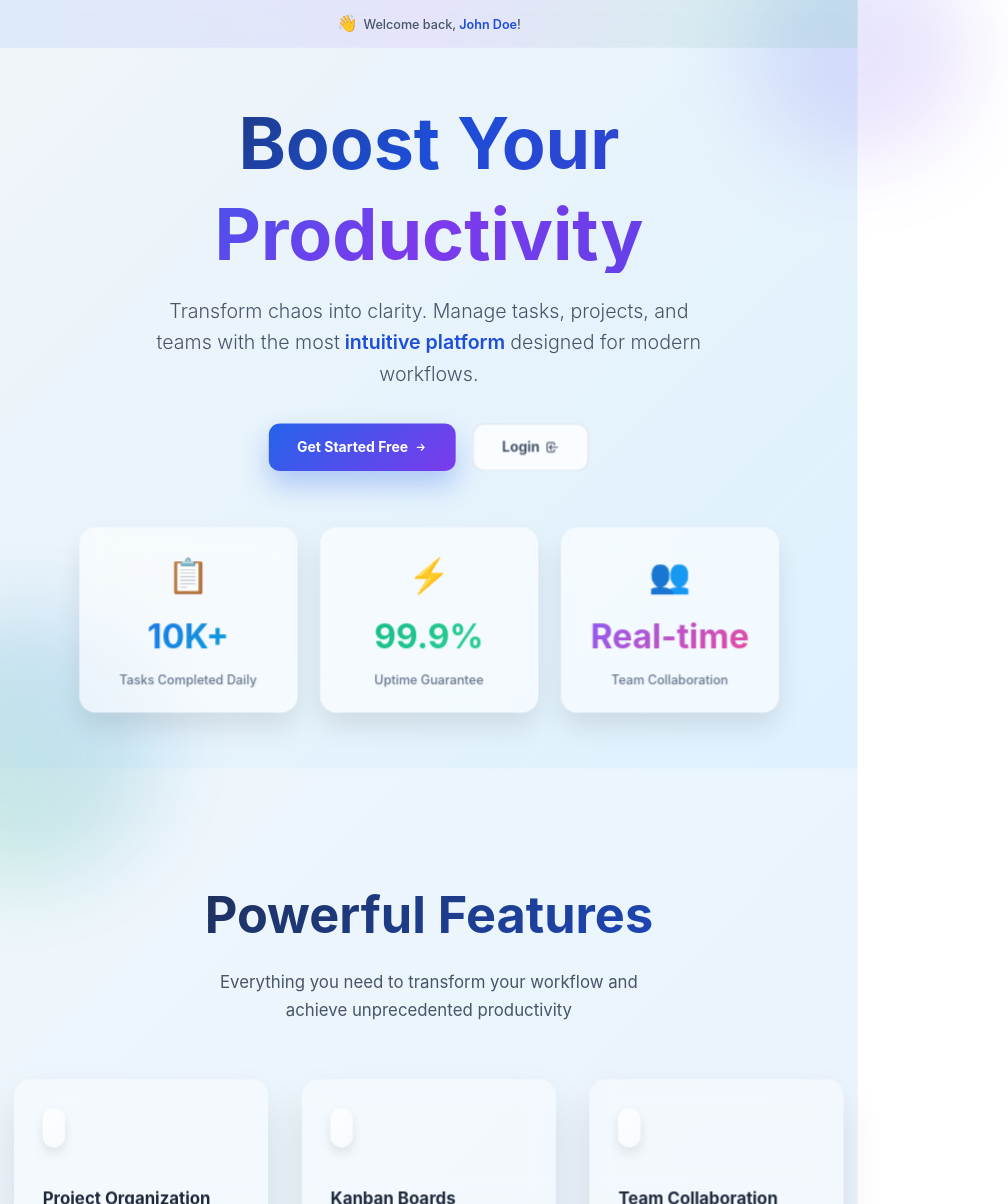
Repository: him021204/Task-Manager
Page: / (app in client/)
The author's editor kept a copy of each file at every save. The page is drawn from the files as they stood at one save, then again after the next save.
The browser window is 1280 px wide. The page is 1385 px wide, then 1440 px, so the pictures cover 1440 px, including what lies to the right of the window. The pictures show the part of the page from y = 0 to 1720 px (the page is 2835 px tall), at 70% of full size.
The page's requests for data from a server got no answer. The project was rebuilt for these pictures with package versions that can differ from the ones it lists, and the page was loaded fresh each time. Some packages were replaced by stand-ins written for this rebuild. No one was signed in, and anything a server would have sent is missing. Also part of the build but not shown: client/vite.config.js, client/src/pages/Dashboard.jsx, client/src/pages/Login.jsx, client/src/pages/Register.jsx, client/src/pages/Analytics.jsx, client/src/pages/CalendarView.jsx.

Above is the page before, as saved 2025-06-15 16:18:02.

### client/src/App.jsx
import { BrowserRouter as Router, Routes, Route } from 'react-router-dom';
import { SocketProvider } from './context/SocketContext';
import { AuthProvider } from './context/AuthContext';
import Home from './pages/Home';
import Dashboard from './pages/Dashboard';
import Login from './pages/Login';
import Register from './pages/Register';
import Analytics from './pages/Analytics';
import CalendarView from './pages/CalendarView';
import { ToastContainer } from 'react-toastify';
import 'react-toastify/dist/ReactToastify.css';

const App = () => {
  // You can also remove the dark state if not needed
  // const [dark, setDark] = useState(false);
  return (
    <div className="min-h-screen bg-gray-100 text-black">
      <AuthProvider>
        <SocketProvider>
          <Router>
            <main className="pt-12 px-2 max-w-7xl mx-auto">
              <Routes>
                <Route path="/" element={<Home />} />
                <Route path="/dashboard" element={<Dashboard />} />
                <Route path="/login" element={<Login />} />
                <Route path="/register" element={<Register />} />
                <Route path="/analytics" element={<Analytics />} />
                <Route path="/calendar" element={<CalendarView />} />
              </Routes>
            </main>
          </Router>
          <ToastContainer position="top-right" autoClose={3000} />
        </SocketProvider>
      </AuthProvider>
    </div>
  );
};

export default App;

### client/src/context/SocketContext.jsx
import { createContext, useContext, useEffect } from 'react';
import { socket } from '../utils/socket';

const SocketContext = createContext();

export const SocketProvider = ({ children }) => {
  useEffect(() => {
    return () => socket.disconnect();
  }, []);

  return (
    <SocketContext.Provider value={socket}>
      {children}
    </SocketContext.Provider>
  );
};

export const useSocket = () => useContext(SocketContext);

### client/src/context/AuthContext.jsx
import { createContext, useContext, useEffect, useState } from 'react';
import axios from 'axios';

export const AuthContext = createContext();

export const AuthProvider = ({ children }) => {
  const [user, setUser] = useState(null);
  const [token, setToken] = useState(localStorage.getItem('token'));

  useEffect(() => {
    if (token) {
      axios.defaults.headers.common['Authorization'] = `Bearer ${token}`;
      setUser(JSON.parse(localStorage.getItem('user')));
    }
  }, [token]);

  const login = (data) => {
    localStorage.setItem('token', data.token);
    localStorage.setItem('user', JSON.stringify(data.user));
    setUser(data.user);
    setToken(data.token);
  };

  const logout = () => {
    localStorage.clear();
    setUser(null);
    setToken(null);
  };

  return (
    <AuthContext.Provider value={{ user, login, logout }}>
      {children}
    </AuthContext.Provider>
  );
};

export const useAuth = () => useContext(AuthContext);

### client/src/pages/Home.jsx
import React from 'react';

const features = [
  {
    title: "Project Organization",
    desc: "Easily create, manage, and prioritize all your projects in one place with intelligent categorization.",
    icon: (
      <svg className="w-8 h-8 text-blue-500" fill="none" stroke="currentColor" strokeWidth="2" viewBox="0 0 24 24">
        <rect x="3" y="4" width="18" height="6" rx="2" />
        <rect x="3" y="14" width="9" height="6" rx="2" />
        <rect x="15" y="14" width="6" height="6" rx="2" />
      </svg>
    ),
  },
  {
    title: "Kanban Boards",
    desc: "Visualize your workflow with drag-and-drop simplicity. Track progress like never before.",
    icon: (
      <svg className="w-8 h-8 text-green-500" fill="none" stroke="currentColor" strokeWidth="2" viewBox="0 0 24 24">
        <rect x="3" y="5" width="4" height="14" rx="2" />
        <rect x="10" y="5" width="4" height="9" rx="2" />
        <rect x="17" y="5" width="4" height="4" rx="2" />
      </svg>
    ),
  },
  {
    title: "Team Collaboration",
    desc: "Real-time updates, seamless communication, and synchronized teamwork across all devices.",
    icon: (
      <svg className="w-8 h-8 text-purple-500" fill="none" stroke="currentColor" viewBox="0 0 24 24">
        <circle cx="8" cy="8" r="3" />
        <circle cx="16" cy="8" r="3" />
        <path d="M2 20v-2a4 4 0 014-4h4a4 4 0 014 4v2" />
        <path d="M17 20v-2a4 4 0 013-3.87" />
      </svg>
    ),
  },
];

const Home = () => {
  // Mock user for demonstration
  const user = { name: "John Doe" };

  return (
    <div style={{
      minHeight: '100vh',
      background: 'linear-gradient(135deg, #f1f5f9 0%, #e0f2fe 50%, #e0e7ff 100%)',
      fontFamily: '-apple-system, BlinkMacSystemFont, "Segoe UI", Roboto, sans-serif'
    }}>

      {/* Welcome Message */}
      {user && (
        <div style={{
          background: 'linear-gradient(90deg, rgba(59, 130, 246, 0.1), rgba(168, 85, 247, 0.1), rgba(34, 197, 94, 0.1))',
          backdropFilter: 'blur(10px)',
          borderBottom: '1px solid rgba(255, 255, 255, 0.2)',
          padding: '16px',
          textAlign: 'center'
        }}>
          <div style={{ display: 'flex', alignItems: 'center', justifyContent: 'center', gap: '8px' }}>
            <span style={{ fontSize: '24px' }}>👋</span>
            <span style={{ color: '#475569', fontWeight: '500', fontSize: '18px' }}>
              Welcome back, <span style={{ color: '#1d4ed8', fontWeight: '600' }}>{user.name}</span>!
            </span>
          </div>
        </div>
      )}

      {/* Hero Section */}
      <header style={{ padding: '80px 20px', position: 'relative' }}>
        {/* Background Elements */}
        <div style={{
          position: 'absolute',
          top: '-160px',
          right: '-160px',
          width: '320px',
          height: '320px',
          background: 'linear-gradient(135deg, rgba(59, 130, 246, 0.3), rgba(147, 51, 234, 0.3))',
          borderRadius: '50%',
          filter: 'blur(60px)',
          animation: 'pulse 4s infinite'
        }}></div>

        <div style={{
          position: 'absolute',
          bottom: '-160px',
          left: '-160px',
          width: '384px',
          height: '384px',
          background: 'linear-gradient(45deg, rgba(34, 197, 94, 0.2), rgba(59, 130, 246, 0.2))',
          borderRadius: '50%',
          filter: 'blur(60px)',
          animation: 'pulse 6s infinite'
        }}></div>

        <div style={{ maxWidth: '1200px', margin: '0 auto', position: 'relative', zIndex: 10 }}>
          <div style={{ textAlign: 'center', marginBottom: '64px' }}>
            {/* Main Heading */}
            <div style={{ marginBottom: '32px' }}>
              <h1 style={{
                fontSize: 'clamp(48px, 8vw, 120px)',
                fontWeight: 'bold',
                lineHeight: '1.1',
                margin: '0',
                background: 'linear-gradient(135deg, #1e293b, #1d4ed8, #4338ca)',
                WebkitBackgroundClip: 'text',
                WebkitTextFillColor: 'transparent',
                backgroundClip: 'text',
                marginBottom: '16px'
              }}>
                Boost Your
              </h1>
              <h1 style={{
                fontSize: 'clamp(48px, 8vw, 120px)',
                fontWeight: 'bold',
                lineHeight: '1.1',
                margin: '0',
                background: 'linear-gradient(135deg, #2563eb, #7c3aed, #4f46e5)',
                WebkitBackgroundClip: 'text',
                WebkitTextFillColor: 'transparent',
                backgroundClip: 'text'
              }}>
                Productivity
              </h1>
            </div>

            {/* Subtitle */}
            <p style={{
              fontSize: 'clamp(18px, 3vw, 28px)',
              color: '#475569',
              marginBottom: '48px',
              maxWidth: '800px',
              margin: '0 auto 48px auto',
              lineHeight: '1.6',
              fontWeight: '300'
            }}>
              Transform chaos into clarity. Manage tasks, projects, and teams with the most
              <span style={{ fontWeight: '600', color: '#1d4ed8' }}> intuitive platform </span>
              designed for modern workflows.
            </p>

            {/* CTA Buttons */}
            <div style={{
              display: 'flex',
              flexDirection: window.innerWidth < 640 ? 'column' : 'row',
              justifyContent: 'center',
              gap: '24px',
              marginBottom: '80px'
            }}>
              <button style={{
                background: 'linear-gradient(135deg, #2563eb, #7c3aed)',
                color: 'white',
                padding: '20px 40px',
                borderRadius: '16px',
                fontWeight: 'bold',
                fontSize: '20px',
                border: 'none',
                cursor: 'pointer',
                boxShadow: '0 20px 40px rgba(37, 99, 235, 0.3)',
                transition: 'all 0.3s ease',
                display: 'flex',
                alignItems: 'center',
                justifyContent: 'center',
                gap: '8px'
              }}
              onMouseEnter={(e) => {
                e.target.style.transform = 'translateY(-8px)';
                e.target.style.boxShadow = '0 25px 50px rgba(37, 99, 235, 0.4)';
              }}
              onMouseLeave={(e) => {
                e.target.style.transform = 'translateY(0)';
                e.target.style.boxShadow = '0 20px 40px rgba(37, 99, 235, 0.3)';
              }}>
                <span>Get Started Free</span>
                <svg width="20" height="20" fill="none" stroke="currentColor" viewBox="0 0 24 24">
                  <path strokeLinecap="round" strokeLinejoin="round" strokeWidth="2" d="M13 7l5 5m0 0l-5 5m5-5H6"></path>
                </svg>
              </button>

              <button style={{
                background: 'rgba(255, 255, 255, 0.8)',
                backdropFilter: 'blur(10px)',
                border: '2px solid #e2e8f0',
                color: '#475569',
                padding: '20px 40px',
                borderRadius: '16px',
                fontWeight: 'bold',
                fontSize: '20px',
                cursor: 'pointer',
                transition: 'all 0.3s ease',
                display: 'flex',
                alignItems: 'center',
                justifyContent: 'center',
                gap: '8px'
              }}
              onMouseEnter={(e) => {
                e.target.style.transform = 'translateY(-8px)';
                e.target.style.borderColor = '#3b82f6';
                e.target.style.boxShadow = '0 20px 40px rgba(0, 0, 0, 0.1)';
              }}
              onMouseLeave={(e) => {
                e.target.style.transform = 'translateY(0)';
                e.target.style.borderColor = '#e2e8f0';
                e.target.style.boxShadow = 'none';
              }}>
                <span>Login</span>
                <svg width="20" height="20" fill="none" stroke="currentColor" viewBox="0 0 24 24">
                  <path strokeLinecap="round" strokeLinejoin="round" strokeWidth="2" d="M11 16l-4-4m0 0l4-4m-4 4h14m-5 4v1a3 3 0 01-3 3H6a3 3 0 01-3-3V7a3 3 0 013-3h7a3 3 0 013 3v1"></path>
                </svg>
              </button>
            </div>
          </div>

          {/* Stats Section */}
          <div style={{
            display: 'grid',
            gridTemplateColumns: 'repeat(auto-fit, minmax(300px, 1fr))',
            gap: '32px',
            maxWidth: '1000px',
            margin: '0 auto'
          }}>
            {[
              { number: "10K+", label: "Tasks Completed Daily", icon: "📋" },
              { number: "99.9%", label: "Uptime Guarantee", icon: "⚡" },
              { number: "Real-time", label: "Team Collaboration", icon: "👥" }
            ].map((stat, idx) => (
              <div key={idx} style={{
                background: 'rgba(255, 255, 255, 0.6)',
                backdropFilter: 'blur(20px)',
                padding: '32px',
                borderRadius: '24px',
                boxShadow: '0 20px 40px rgba(0, 0, 0, 0.1)',
                border: '1px solid rgba(255, 255, 255, 0.2)',
                textAlign: 'center',
                transition: 'all 0.5s ease',
                cursor: 'pointer'
              }}
              onMouseEnter={(e) => {
                e.target.style.transform = 'translateY(-12px)';
                e.target.style.boxShadow = '0 30px 60px rgba(0, 0, 0, 0.15)';
              }}
              onMouseLeave={(e) => {
                e.target.style.transform = 'translateY(0)';
                e.target.style.boxShadow = '0 20px 40px rgba(0, 0, 0, 0.1)';
              }}>
                <div style={{ fontSize: '48px', marginBottom: '16px' }}>{stat.icon}</div>
                <div style={{
                  fontSize: '48px',
                  fontWeight: 'bold',
                  background: idx === 0 ? 'linear-gradient(135deg, #2563eb, #06b6d4)' :
                             idx === 1 ? 'linear-gradient(135deg, #10b981, #34d399)' :
                             'linear-gradient(135deg, #8b5cf6, #ec4899)',
                  WebkitBackgroundClip: 'text',
                  WebkitTextFillColor: 'transparent',
                  backgroundClip: 'text',
                  marginBottom: '12px'
                }}>
                  {stat.number}
                </div>
                <div style={{ color: '#64748b', fontWeight: '500', fontSize: '18px' }}>
                  {stat.label}
                </div>
              </div>
            ))}
          </div>
        </div>
      </header>

      {/* Features Section */}
      <section style={{ padding: '96px 20px', background: 'rgba(248, 250, 252, 0.5)' }}>
        <div style={{ maxWidth: '1200px', margin: '0 auto' }}>
          {/* Section Header */}
          <div style={{ textAlign: 'center', marginBottom: '80px' }}>
            <h2 style={{
              fontSize: 'clamp(40px, 6vw, 72px)',
              fontWeight: 'bold',
              marginBottom: '24px',
              background: 'linear-gradient(135deg, #1e293b, #1d4ed8)',
              WebkitBackgroundClip: 'text',
              WebkitTextFillColor: 'transparent',
              backgroundClip: 'text'
            }}>
              Powerful Features
            </h2>
            <p style={{
              fontSize: '24px',
              color: '#475569',
              maxWidth: '600px',
              margin: '0 auto',
              lineHeight: '1.6'
            }}>
              Everything you need to transform your workflow and achieve unprecedented productivity
            </p>
          </div>

          {/* Features Grid */}
          <div style={{
            display: 'grid',
            gridTemplateColumns: 'repeat(auto-fit, minmax(350px, 1fr))',
            gap: '48px',
            marginBottom: '96px'
          }}>
            {features.map((feature, idx) => (
              <div key={idx} style={{
                background: 'rgba(255, 255, 255, 0.4)',
                backdropFilter: 'blur(20px)',
                padding: '40px',
                borderRadius: '24px',
                boxShadow: '0 30px 60px rgba(0, 0, 0, 0.1)',
                border: '1px solid rgba(255, 255, 255, 0.3)',
                transition: 'all 0.5s ease',
                cursor: 'pointer'
              }}
              onMouseEnter={(e) => {
                e.target.style.transform = 'translateY(-16px)';
                e.target.style.boxShadow = '0 40px 80px rgba(0, 0, 0, 0.15)';
              }}
              onMouseLeave={(e) => {
                e.target.style.transform = 'translateY(0)';
                e.target.style.boxShadow = '0 30px 60px rgba(0, 0, 0, 0.1)';
              }}>
                {/* Icon */}
                <div style={{
                  marginBottom: '32px',
                  padding: '16px',
                  background: 'linear-gradient(135deg, rgba(255, 255, 255, 0.8), rgba(248, 250, 252, 0.8))',
                  borderRadius: '16px',
                  display: 'inline-block',
                  boxShadow: '0 8px 16px rgba(0, 0, 0, 0.1)'
                }}>
                  {feature.icon}
                </div>

                {/* Content */}
                <h3 style={{
                  fontSize: '24px',
                  fontWeight: 'bold',
                  color: '#1e293b',
                  marginBottom: '24px'
                }}>
                  {feature.title}
                </h3>

                <p style={{
                  color: '#475569',
                  lineHeight: '1.6',
                  fontSize: '18px'
                }}>
                  {feature.desc}
                </p>
              </div>
            ))}
          </div>

          {/* Bottom CTA */}
          <div style={{ textAlign: 'center' }}>
            <div style={{
              background: 'linear-gradient(135deg, #2563eb, #7c3aed, #4f46e5)',
              padding: '64px',
              borderRadius: '24px',
              boxShadow: '0 40px 80px rgba(37, 99, 235, 0.3)',
              position: 'relative',
              overflow: 'hidden'
            }}>
              <div style={{
                position: 'absolute',
                inset: '0',
                background: 'linear-gradient(135deg, rgba(59, 130, 246, 0.2), rgba(168, 85, 247, 0.2))',
                animation: 'pulse 3s infinite'
              }}></div>
              <div style={{ position: 'relative' }}>
                <h3 style={{
                  fontSize: 'clamp(32px, 5vw, 56px)',
                  fontWeight: 'bold',
                  color: 'white',
                  marginBottom: '24px'
                }}>
                  Ready to Transform Your Productivity?
                </h3>
                <p style={{
                  fontSize: '24px',
                  marginBottom: '40px',
                  color: 'rgba(219, 234, 254, 1)',
                  maxWidth: '600px',
                  margin: '0 auto 40px auto'
                }}>
                  Join thousands of teams who've revolutionized their workflow
                </p>
                <button style={{
                  background: 'white',
                  color: '#2563eb',
                  padding: '24px 48px',
                  borderRadius: '16px',
                  fontWeight: 'bold',
                  fontSize: '20px',
                  border: 'none',
                  cursor: 'pointer',
                  boxShadow: '0 20px 40px rgba(0, 0, 0, 0.2)',
                  transition: 'all 0.3s ease',
                  display: 'inline-flex',
                  alignItems: 'center',
                  gap: '12px'
                }}
                onMouseEnter={(e) => {
                  e.target.style.transform = 'translateY(-8px)';
                  e.target.style.background = '#f8fafc';
                }}
                onMouseLeave={(e) => {
                  e.target.style.transform = 'translateY(0)';
                  e.target.style.background = 'white';
                }}>
                  <span>Start Your Free Trial</span>
                  <svg width="24" height="24" fill="none" stroke="currentColor" viewBox="0 0 24 24">
                    <path strokeLinecap="round" strokeLinejoin="round" strokeWidth="2" d="M13 7l5 5m0 0l-5 5m5-5H6"></path>
                  </svg>
                </button>
              </div>
            </div>
          </div>
        </div>
      </section>

      {/* Footer */}
      <footer style={{
        background: 'rgba(255, 255, 255, 0.3)',
        backdropFilter: 'blur(20px)',
        padding: '64px 20px',
        borderTop: '1px solid rgba(255, 255, 255, 0.2)'
      }}>
        <div style={{ maxWidth: '1000px', margin: '0 auto', textAlign: 'center' }}>
          <p style={{
            color: '#64748b',
            fontSize: '20px',
            marginBottom: '32px'
          }}>
            © {new Date().getFullYear()} Task Manager. Built for teams and individuals who value productivity.
          </p>
          <div style={{
            display: 'flex',
            justifyContent: 'center',
            gap: '48px',
            flexWrap: 'wrap'
          }}>
            {["Privacy Policy", "Terms of Service", "Contact Us"].map((link, idx) => (
              <a
                key={idx}
                href="#"
                style={{
                  color: '#64748b',
                  fontSize: '18px',
                  fontWeight: '500',
                  textDecoration: 'none',
                  transition: 'color 0.3s ease'
                }}
                onMouseEnter={(e) => e.target.style.color = '#2563eb'}
                onMouseLeave={(e) => e.target.style.color = '#64748b'}
              >
                {link}
              </a>
            ))}
          </div>
        </div>
      </footer>

      {/* Add keyframes animation via style tag */}
      <style jsx>{`
        @keyframes pulse {
          0%, 100% {
            opacity: 1;
          }
          50% {
            opacity: 0.5;
          }
        }
      `}</style>
    </div>
  );
};

export default Home;

### client/src/utils/socket.js
import { io } from 'socket.io-client';
export const socket = io('http://localhost:5000'); // or your production URL

Loaded but not shown: client/index.html (common file); client/src/main.jsx (common file); client/src/index.css (common file)

After the next save:
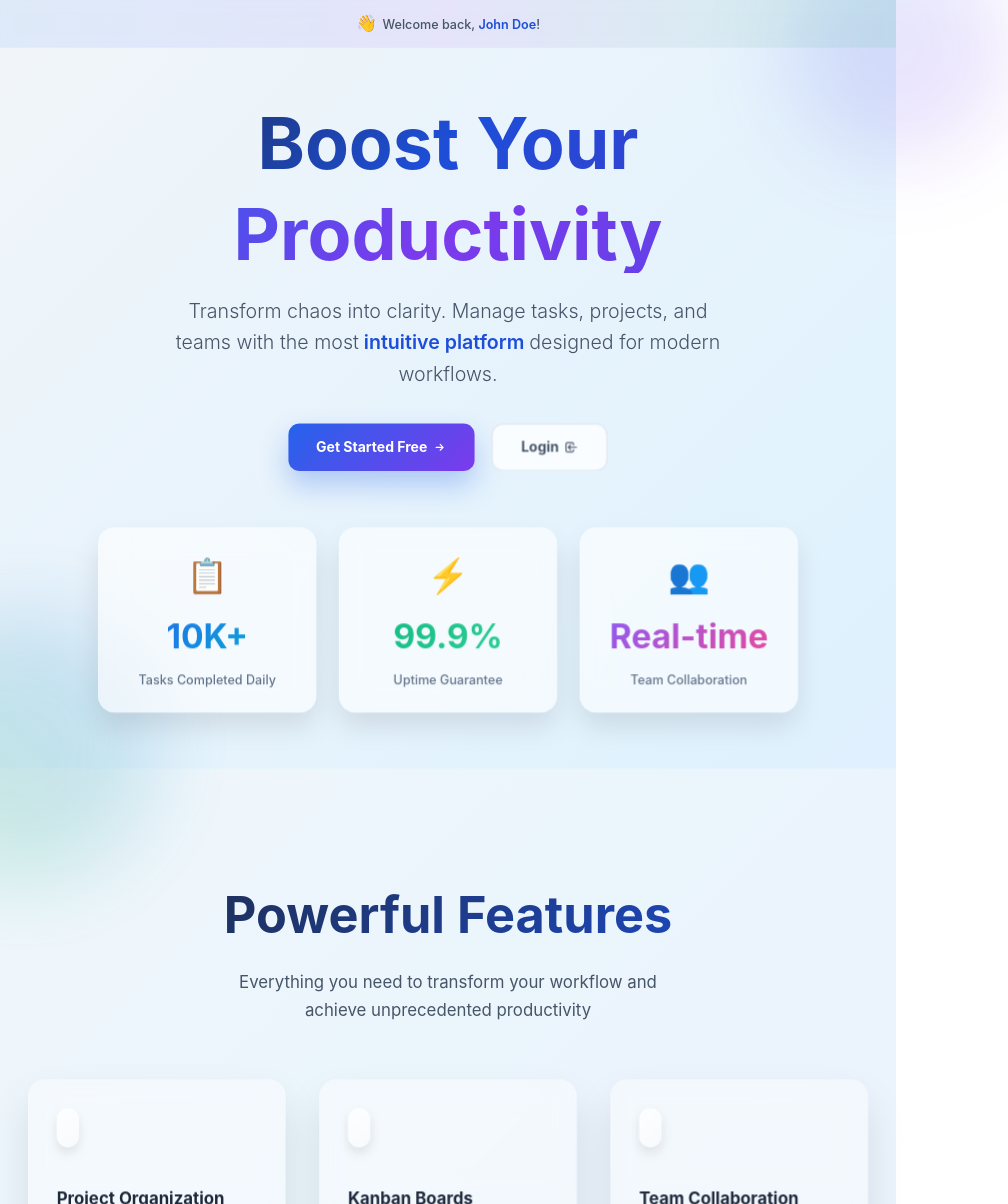
Saved 2 min 38 s later.
--- a/client/src/pages/Home.jsx
+++ b/client/src/pages/Home.jsx
@@ -44,6 +44,7 @@ const Home = () => {
   return (
     <div style={{
       minHeight: '100vh',
+      width: '100vw',
       background: 'linear-gradient(135deg, #f1f5f9 0%, #e0f2fe 50%, #e0e7ff 100%)',
       fontFamily: '-apple-system, BlinkMacSystemFont, "Segoe UI", Roboto, sans-serif'
     }}>
